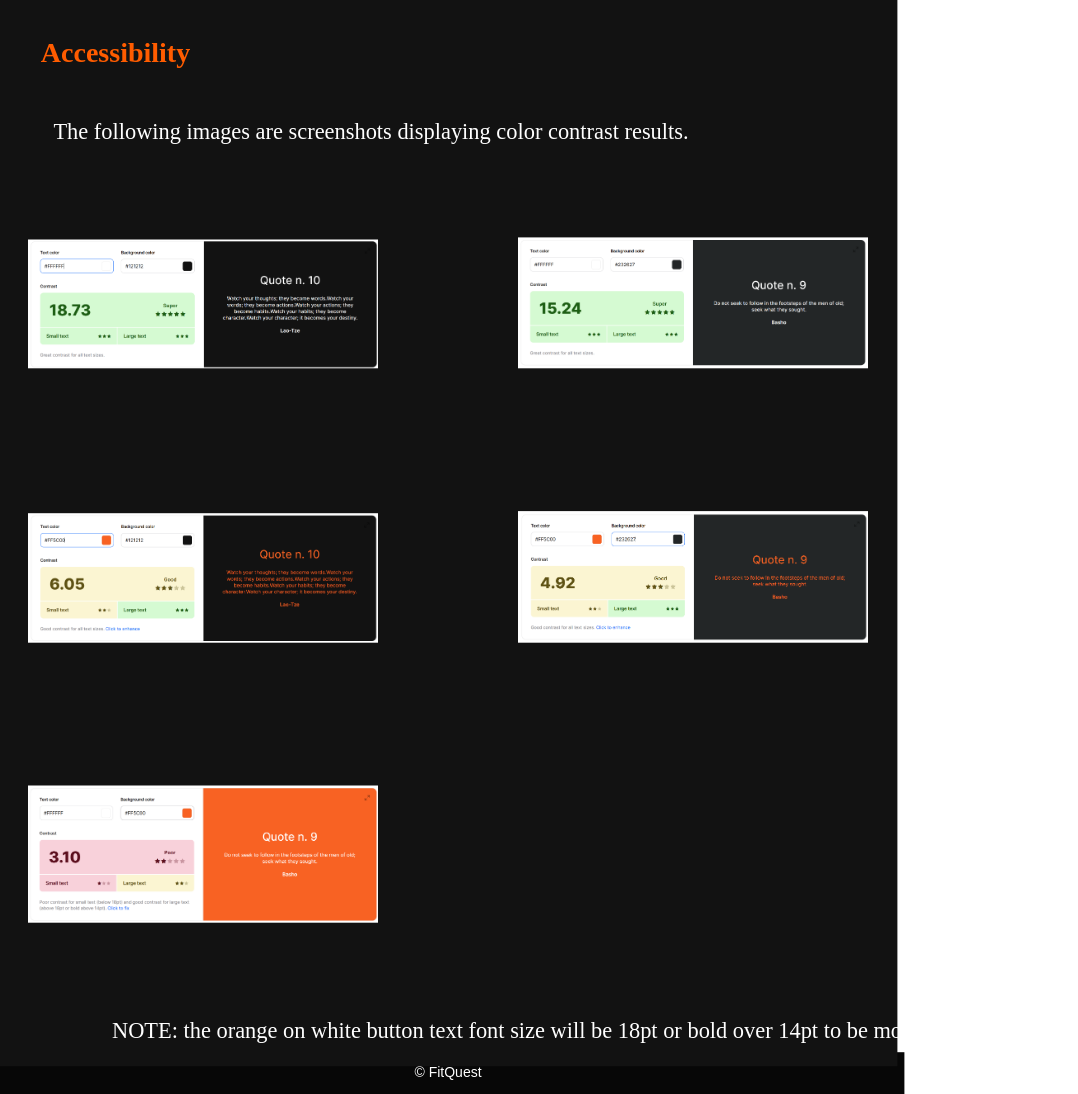
Repository: KyannaKrueger/a5styleguide
Page: /colors
These files come from the project's save history. The page is drawn as it stood at one moment and after the next save; the edit follows.
The browser window is 1280 px wide. The page is 1540 px wide, so the pictures cover 1540 px, including what lies to the right of the window. The pictures show the part of the page from y = 2953 to 4553 px (the page is 4516 px tall before and 4553 px after), at 70% of full size.
The project was rebuilt for these pictures with package versions that can differ from the ones it lists, and the page was loaded fresh each time. The framework's server and built-in components were replaced by stand-ins that run in the browser. Also part of the build but not shown: next.config.mjs.

Above is the page before, as saved 2024-04-09 12:22:20.

After the next save:
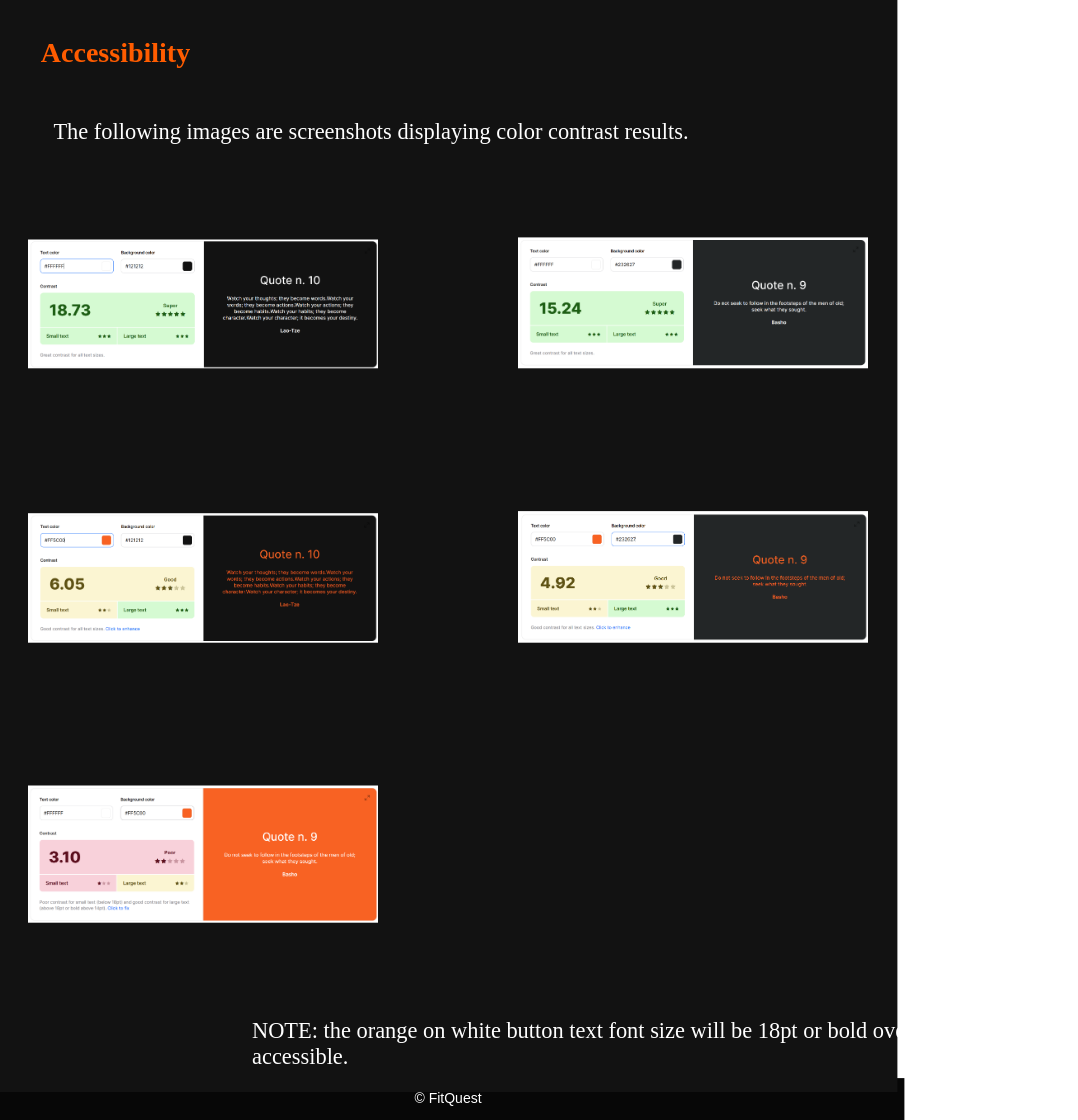
Saved 6 s later.
--- a/styles/colors.module.css
+++ b/styles/colors.module.css
@@ -133,6 +133,6 @@
 
 .accessibleP {
   color:#fff;
-  margin-left: 220px;
+  margin-left: 420px;
   font-size: 32px;
 }
